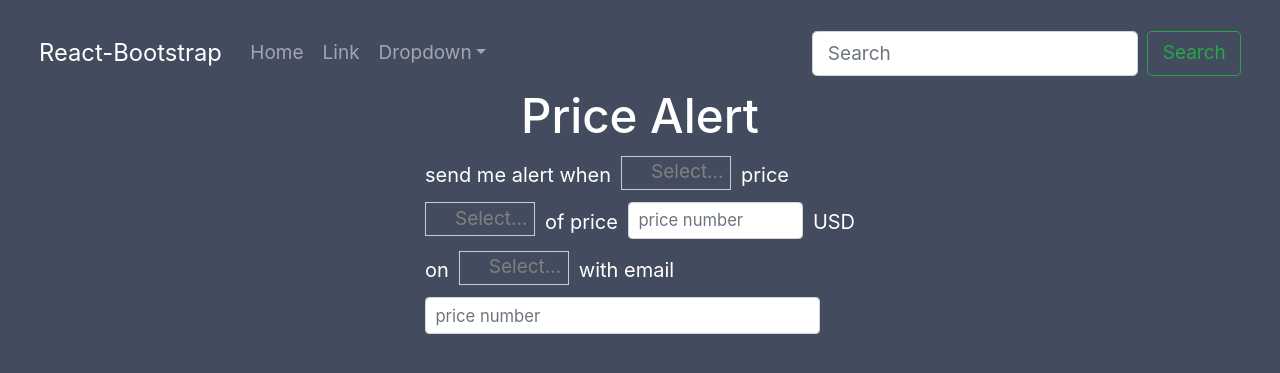
Repository: flychicken123/PriceAlertFront
Page: /
These files come from the project's save history. The page is drawn as it stood at one moment and after the next save; the edit follows.
The browser window is 1280 px wide. The pictures show the whole page.
The page's requests for data from a server got no answer. The project was rebuilt for these pictures with package versions that can differ from the ones it lists, and the page was loaded fresh each time. No one was signed in, and anything a server would have sent is missing. Also part of the build but not shown: src/App.css.

Above is the page before, as saved 2021-03-07 14:15:07.

### public/index.html
<!DOCTYPE html>
<html lang="en">
  <head>
    <meta charset="utf-8" />
    <link rel="icon" href="%PUBLIC_URL%/favicon.ico" />
    <meta name="viewport" content="width=device-width, initial-scale=1" />
    <meta name="theme-color" content="#000000" />
    <meta
      name="description"
      content="Web site created using create-react-app"
    />
    <link rel="apple-touch-icon" href="%PUBLIC_URL%/logo192.png" />
    <!--
      manifest.json provides metadata used when your web app is installed on a
      user's mobile device or desktop. See https://developers.google.com/web/fundamentals/web-app-manifest/
    -->
    <link rel="manifest" href="%PUBLIC_URL%/manifest.json" />
    <link
  rel="stylesheet"
  href="https://cdn.jsdelivr.net/npm/bootstrap@4.6.0/dist/css/bootstrap.min.css"
  integrity="sha384-B0vP5xmATw1+K9KRQjQERJvTumQW0nPEzvF6L/Z6nronJ3oUOFUFpCjEUQouq2+l"
  crossorigin="anonymous"
/>
<link rel="stylesheet" href="https://fonts.googleapis.com/css?family=Roboto:300,400,500,700&display=swap" />

    <!--
      Notice the use of %PUBLIC_URL% in the tags above.
      It will be replaced with the URL of the `public` folder during the build.
      Only files inside the `public` folder can be referenced from the HTML.

      Unlike "/favicon.ico" or "favicon.ico", "%PUBLIC_URL%/favicon.ico" will
      work correctly both with client-side routing and a non-root public URL.
      Learn how to configure a non-root public URL by running `npm run build`.
    -->
    <title>React App</title>
  </head>
  <body>
    <noscript>You need to enable JavaScript to run this app.</noscript>
    <div id="root"></div>
    <!--
      This HTML file is a template.
      If you open it directly in the browser, you will see an empty page.

      You can add webfonts, meta tags, or analytics to this file.
      The build step will place the bundled scripts into the <body> tag.

      To begin the development, run `npm start` or `yarn start`.
      To create a production bundle, use `npm run build` or `yarn build`.
    -->
  </body>
</html>

### src/App.js
import logo from './logo.svg';
import './App.css';
import { BrowserRouter as Router, Switch, Route } from 'react-router-dom';
import TopNavbar from './components/TopNavbar';
import Home from './components/Home.jsx';
const App = () => {
  return (
    <Router>
      <TopNavbar />
      <Switch>
        <Route path='/' component={Home} />
      </Switch>
    </Router>
  )
}

export default App;

### src/components/TopNavbar.jsx
import React, { Component } from 'react';
import { Button, Navbar, Nav, NavDropdown, Form, FormControl } from "react-bootstrap";
const TopNavbar = () => {
    return (
        <div>
            <Navbar bg="#282c34" variant="dark" expand="lg">
                <Navbar.Brand href="#home">React-Bootstrap</Navbar.Brand>
                <Navbar.Toggle aria-controls="basic-navbar-nav" />
                <Navbar.Collapse id="basic-navbar-nav">
                    <Nav className="mr-auto">
                        <Nav.Link href="#home">Home</Nav.Link>
                        <Nav.Link href="#link">Link</Nav.Link>
                        <NavDropdown title="Dropdown" id="basic-nav-dropdown">
                            <NavDropdown.Item href="#action/3.1">Action</NavDropdown.Item>
                            <NavDropdown.Item href="#action/3.2">Another action</NavDropdown.Item>
                            <NavDropdown.Item href="#action/3.3">Something</NavDropdown.Item>
                            <NavDropdown.Divider />
                            <NavDropdown.Item href="#action/3.4">Separated link</NavDropdown.Item>
                        </NavDropdown>
                    </Nav>
                    <Form inline>
                        <FormControl type="text" placeholder="Search" className="mr-sm-2" />
                        <Button variant="outline-success">Search</Button>
                    </Form>
                </Navbar.Collapse>
            </Navbar>
        </div>
    )
};
export default TopNavbar

### src/components/Home.jsx
import React, { useState, Component, Select, useEffect, useCallback } from 'react';
import AsyncSelect from 'react-select/async';
import { Form, Container, Col } from 'react-bootstrap';
import { Helmet } from 'react-helmet';
import '../css/Home.css';
export default function Home(props) {

    const [coinTypes, setCoinTypes] = useState([]);
    const [selectedOption, setSelectedOption] = useState(props ? props.match?.params?.template_id : null);
    const customStyles = {
        control: base => ({
            ...base,
            height: 34,
            minHeight: 27,
            maxHeight: 34,
            width: 110,
            textAlign: "50",
            fontSize: 14,
        }),
        dropdownIndicator: base => ({
            ...base,
            display: "none"
        }),
        indicatorSeparator: base => ({
            ...base,
            display: "none"
        }),
        valueContainer: base => ({
            ...base,
            bottom: 5,
            paddingLeft: 27,
        })
    };

    // const coinOptions = (f) => {
    //     return [{ name: "- select -", id: "" }, ...coinTypes].map((coinType) => {
    //         return {
    //             label: coinType.name,
    //             value: coinType.id
    //         }
    //     })
    // };
    const handleCoinChange = useCallback((coin_id) => {
        setSelectedOption(coin_id);
        console.log(coin_id.name);
    }, []);
    const fetchCoinList = () => {
        return fetch(`https://6043fea2a20ace001728e9b7.mockapi.io/api/v1/coinlist/coinlist`).then(res => res.json());
    }


    return (

        < div className='mainControl' >
            <Helmet>
                <style>{'body { background-color: #434c5f;text-align: center; padding: 20px;color: white; }'}</style>
            </Helmet>
            <Container fluid="md">

                <div style={{ display: 'flex', justifyContent: 'center', height: '50vh', backgroundColor: '#434c5f', width: '200' }}>

                    <Form>
                        <h1>Price Alert</h1>

                        <Form.Row className="row-space">

                            <Col lg="auto" ><Form.Text className="normalText">send me alert when</Form.Text></Col>
                            <Col md="auto">
                                <AsyncSelect
                                    cacheOptions
                                    defaultOptions
                                    onChange={handleCoinChange}
                                    value={selectedOption}
                                    loadOptions={fetchCoinList}
                                    getOptionValue={option => option.id}
                                    getOptionLabel={option => option.name}
                                    styles={customStyles}
                                    theme={theme => ({
                                        ...theme,
                                        borderRadius: 0,
                                        colors: {
                                            ...theme.colors,
                                            primary25: '#191f2b',
                                            primary: '#515c73f',
                                            neutral0: '434c5f',
                                            neutral80: 'white'

                                        },
                                    })}
                                />
                            </Col>
                            <Col xs="auto"><Form.Text className="normalText">price</Form.Text></Col>

                        </Form.Row>

                        <Form.Row className="row-space">
                            <Col xs="auto">
                                <AsyncSelect
                                    cacheOptions
                                    defaultOptions
                                    onChange={handleCoinChange}
                                    value={selectedOption}
                                    loadOptions={fetchCoinList}
                                    getOptionValue={option => option.id}
                                    getOptionLabel={option => option.name}
                                    styles={customStyles}
                                    theme={theme => ({
                                        ...theme,
                                        borderRadius: 0,
                                        colors: {
                                            ...theme.colors,
                                            primary25: '#191f2b',
                                            primary: '#515c73f',
                                            neutral0: '434c5f',
                                            neutral80: 'white'

                                        },
                                    })}
                                />

                            </Col>
                            <Col xs="auto"><Form.Text className="normalText">of price</Form.Text></Col>
                            <Col xs="auto"> <Form.Control className="smaller-input" htmlSize="10" size="sm" type="text" placeholder="price number" /></Col>
                            <Col xs="auto"><Form.Text className="normalText">USD</Form.Text></Col>
                        </Form.Row>
                        <Form.Row className="row-space">
                            <Col xs="auto"><Form.Text className="normalText">on</Form.Text></Col>
                            <Col xs="auto">
                                <AsyncSelect
                                    cacheOptions
                                    defaultOptions
                                    onChange={handleCoinChange}
                                    value={selectedOption}
                                    loadOptions={fetchCoinList}
                                    getOptionValue={option => option.id}
                                    getOptionLabel={option => option.name}
                                    styles={customStyles}
                                    theme={theme => ({
                                        ...theme,
                                        borderRadius: 0,
                                        colors: {
                                            ...theme.colors,
                                            primary25: '#191f2b',
                                            primary: '#515c73f',
                                            neutral0: '434c5f',
                                            neutral80: 'white'

                                        },
                                    })}
                                />
                            </Col>
                            <Col xs="auto"><Form.Text className="normalText">with email</Form.Text></Col>


                        </Form.Row>
                        <Form.Row className="row-space">
                            <Col xs="auto"> <Form.Control className="smaller-input" htmlSize="30" size="sm" type="text" placeholder="price number" /></Col>
                        </Form.Row>
                    </Form>

                </div>
            </Container>
        </div >
    )
}

### src/css/Home.css
/* body {
    background-color: #282c34;
    color: white;
    padding: 40px;
    font-family: Arial;
    text-align: center;
  } */
  .normalText{font-size: 20px;}
  * {font-size: 19px;}

  .smaller-input {
    font-size: 5px;
    padding: 2px 7px;
  }
  .row-space{
    margin: 12px;
  }

Loaded but not shown: src/index.js (common file); src/index.css (common file); src/reportWebVitals.js (common file)

After the next save:
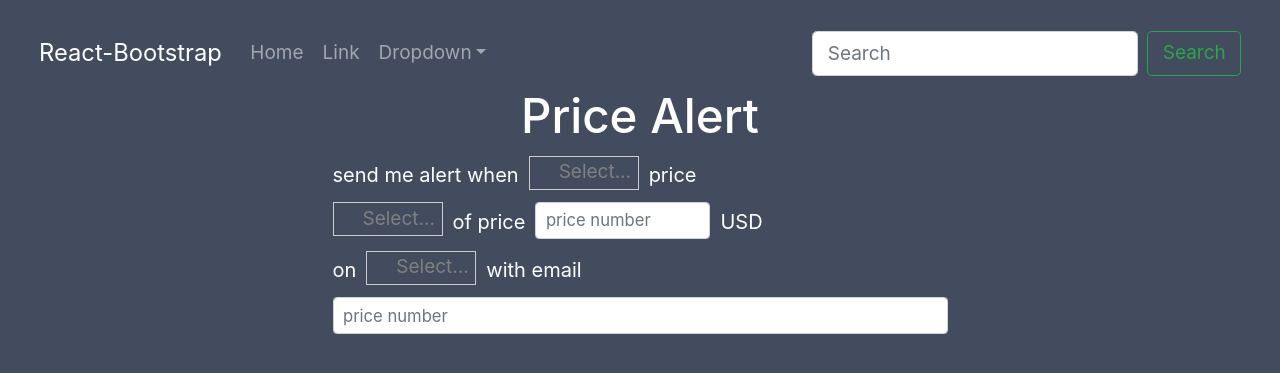
Saved 9 s later.
--- a/src/components/Home.jsx
+++ b/src/components/Home.jsx
@@ -154,7 +154,7 @@ export default function Home(props) {
 
                         </Form.Row>
                         <Form.Row className="row-space">
-                            <Col xs="auto"> <Form.Control className="smaller-input" htmlSize="30" size="sm" type="text" placeholder="price number" /></Col>
+                            <Col xs="auto"> <Form.Control className="smaller-input" htmlSize="50" size="sm" type="text" placeholder="price number" /></Col>
                         </Form.Row>
                     </Form>
 
